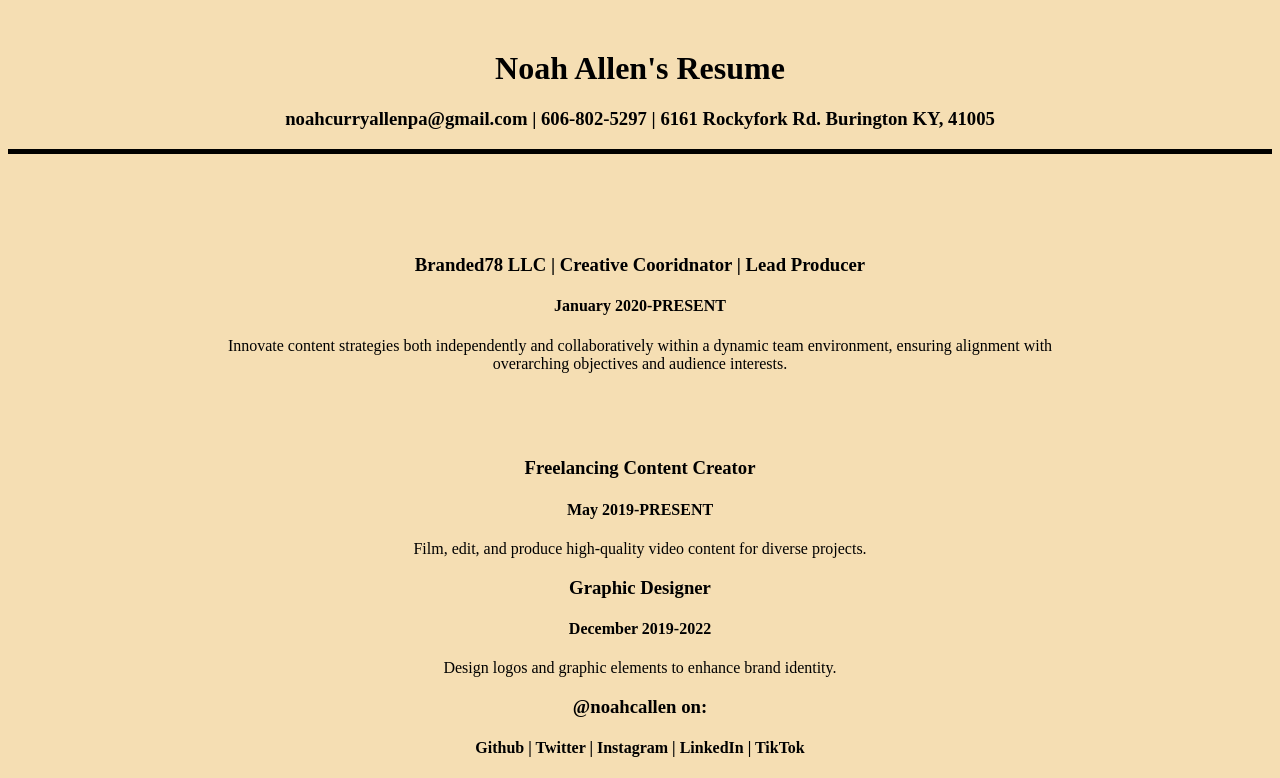
Repository: noahcallen/LAB-HTML-Resume
Page: index.html
An editor plug-in stored every save of this project. The page is shown before and after the next save, followed by the edit.
The browser window is 1280 px wide. The pictures show the whole page.

Above is the page before, as saved 2024-07-08 21:48:32.

### index.html
<!DOCTYPE html>
<html lang="en">
<head>
  <meta charset="UTF-8">
  <meta name="viewport" content="width=device-width, initial-scale=1.0">
  <title>Document</title>
  <link rel="stylesheet" href="main.css">
</head>
<body>

  <div class="HEADER">
  <!--HEADER-->
  <h1>Noah Allen's Resume</h1>
  <h3> noahcurryallenpa@gmail.com | 606-802-5297 | 6161 Rockyfork Rd. Burington KY, 41005</h3>
<!--END HEADER-->
  </div>

  <article id="Job1">
    <h3>Branded78 LLC | Creative Cooridnator | Lead Producer</h3>
    <h4>January 2020-PRESENT</h4>
    <section>
      <p>Innovate content strategies both independently and collaboratively within a dynamic team environment, ensuring alignment with overarching objectives and audience interests.</p>
    </section>
  </article>

  <article id="Job2">
    <h3>Freelancing Content Creator</h3>
    <h4>May 2019-PRESENT</h4>
    <section>
      <p>Film, edit, and produce high-quality video content for diverse projects.</p>
    </section>
  </article>

  <article id="Job3">
    <h3>Graphic Designer</h3>
    <h4>December 2019-2022</h4>
    <section>
      <p>Design logos and graphic elements to enhance brand identity.</p>
    </section>
  </article>

  <div class="FOOTER">
    <!-- FOOTER-->
     <h3>@noahcallen on:</h3>
     <h4>Github | Twitter | Instagram | LinkedIn | TikTok</h4>
    <!-- FOOTER-->
  </div>



  <script src="main.js"></script>
</body>
</html>

### main.css
body {
  background-color: wheat;
  text-align: center;
}

.HEADER {
  margin: 50px 0px 100px 0px;
  border-bottom: solid 5px black;
}

#Job1 {
  padding: 0px 200px 50px 200px;
}

Loaded but not shown: main.js (no stored copy; drawn as an empty file)

After the next save:
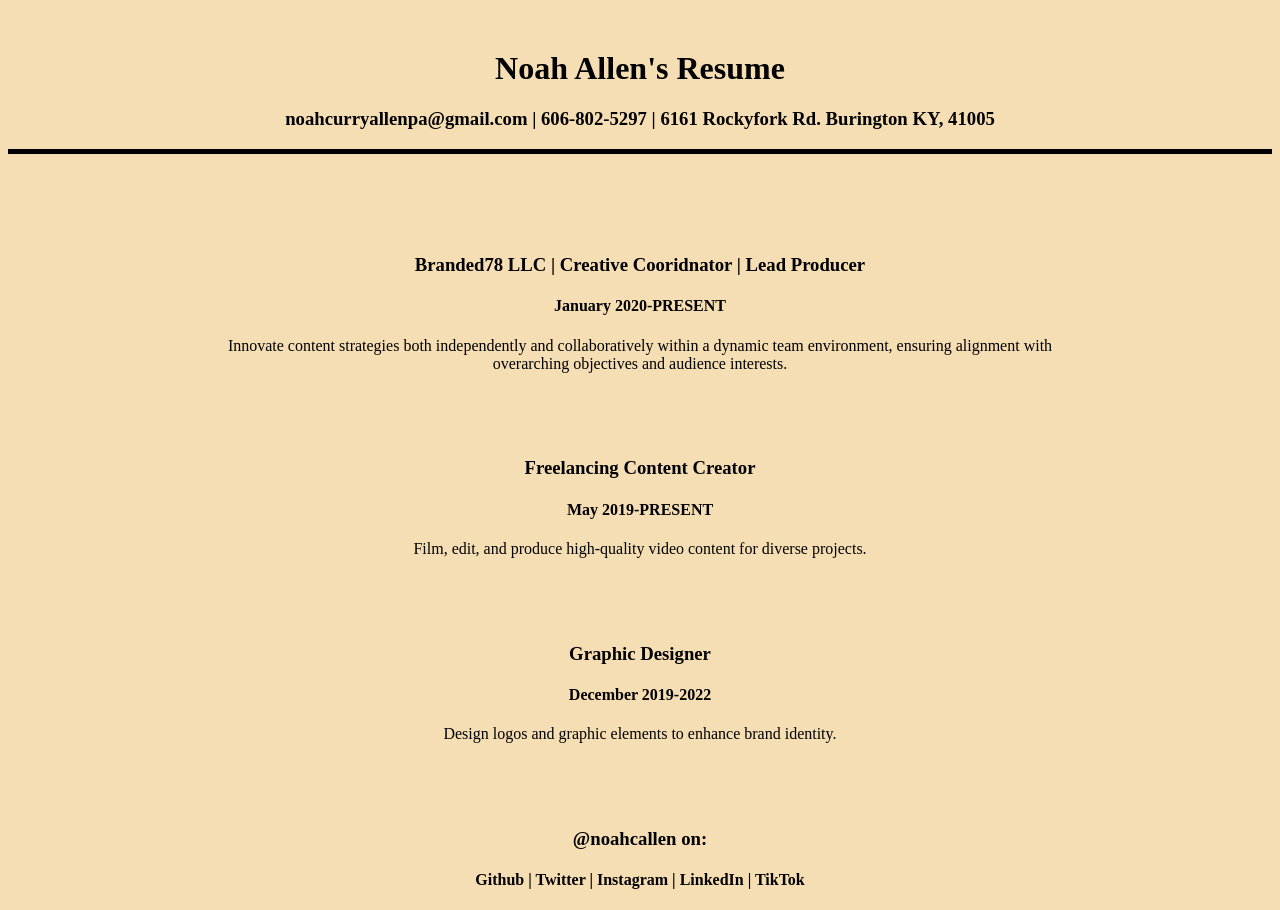
Saved 30 s later.
--- a/main.css
+++ b/main.css
@@ -11,3 +11,11 @@
 #Job1 {
   padding: 0px 200px 50px 200px;
 }
+
+#Job2 {
+  padding: 0px 200px 50px 200px;
+}
+
+#Job3 {
+  padding: 0px 200px 50px 200px;
+}
